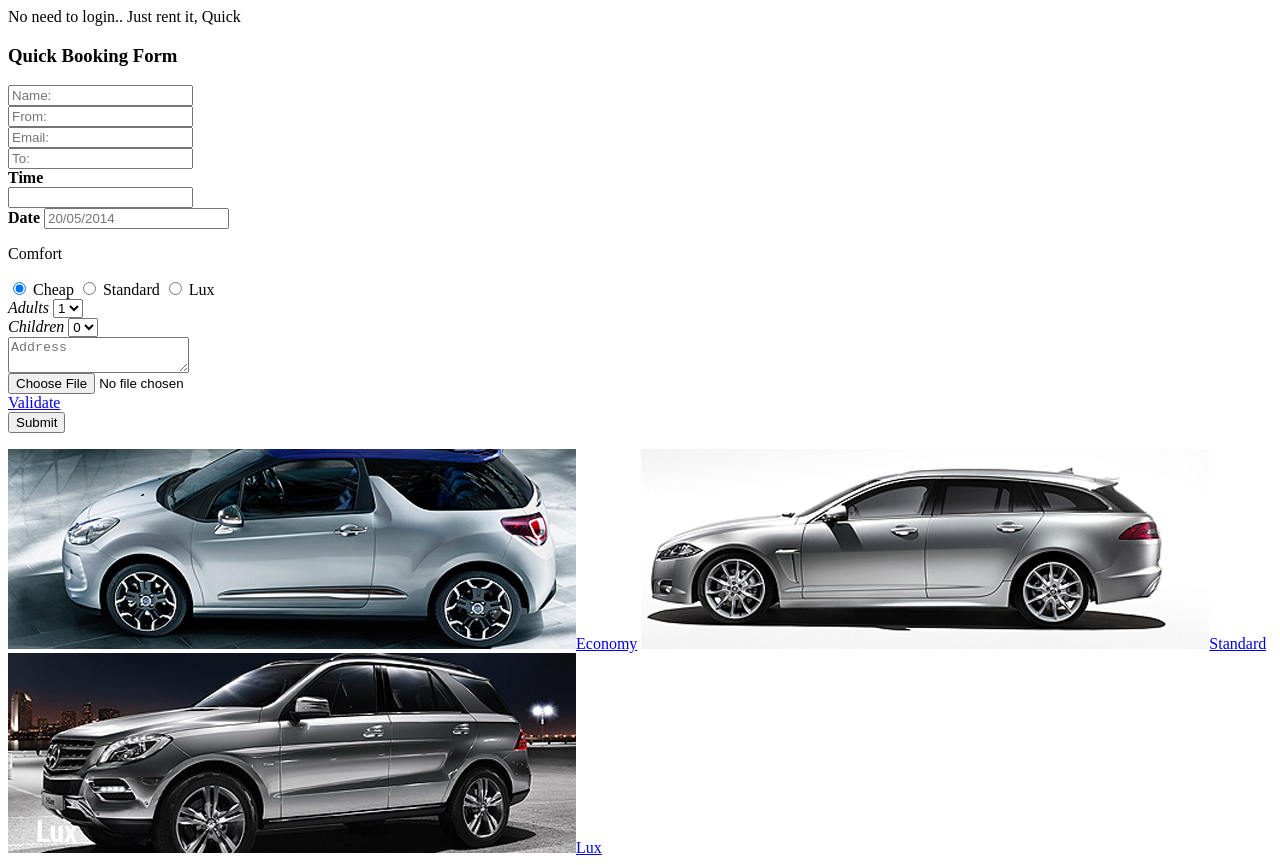
Repository: ramasubbaiya/PHP_Term_1_Course_Work
Page: http://localhost/Project/navigation/quickbook.php
These files come from the project's save history. The page is drawn as it stood at one moment and after the next save; the edit follows.
The browser window is 1280 px wide. The pictures show the whole page.
The page is run by PHP 8.4 with error messages shown; the project is at /var/www/html/.

Above is the page before, as saved 2015-04-18 00:52:10.

### ZendStudio/Lambton/Project/navigation/quickbook.php
<?php
if (isset($_SESSION['user'])) {
    echo '<p class="fcaps" id="psubheading">' . $_SESSION['user'] . '!, have logged in</p></p>';
} else {
    echo "<p id='psubheading'>No need to login.. Just rent it, Quick</p>";
}
?>

<div class="content">
	<div class="ic"></div>
	<div class="container_12">
		<div class="grid_5">
			<h3>Quick Booking Form</h3>
			<form id="bookingForm" action="" method="post">
				<div class="fl1">
					<div class="tmInput">
						<input name="qname" placeHolder="Name:" type="text"
							data-constraints='@NotEmpty @Required @AlphaSpecial'>
					</div>
					<div class="tmInput">
						<input name="qfrom" placeHolder="From:" type="text"
							data-constraints="@NotEmpty @Required ">
					</div>
				</div>
				<div class="fl1">
					<div class="tmInput">
						<input name="qemail" placeHolder="Email:" type="text"
							data-constraints="@NotEmpty @Required @Email">
					</div>
					<div class="tmInput mr0">
						<input name="qto" placeHolder="To:" type="text"
							data-constraints="@NotEmpty @Required">
					</div>
				</div>
				<div class="clear"></div>
				<strong>Time</strong>
				<div class="tmInput">
					<input name="Time" placeHolder="" type="text"
						data-constraints="@NotEmpty @Required">
				</div>
				<div class="clear"></div>
				<strong>Date</strong> <label class="tmDatepicker"> <input
					type="text" name="Date" placeHolder='20/05/2014'
					data-constraints="@NotEmpty @Required @Date">
				</label>
				<div class="clear"></div>
				<div class="tmRadio">
					<p>Comfort</p>
					<input name="Comfort" type="radio" id="tmRadio0" value="cheap"
						checked /> <span>Cheap</span> <input name="Comfort" type="radio"
						id="tmRadio1" value="standard" /> <span>Standard</span> <input
						name="Comfort" type="radio" id="tmRadio2" value="lux" /> <span>Lux</span>
				</div>
				<div class="clear"></div>
				<div class="fl1 fl2">
					<em>Adults</em> <select name="qadults" class="tmSelect auto"
						data-class="tmSelect tmSelect2" data-constraints="" value="1">
						<option>1</option>
						<option>1</option>
						<option>2</option>
						<option>3</option>
					</select>
					<div class="clear height1"></div>
				</div>
				<div class="fl1 fl2">
					<em>Children</em> <select name="qchildren" class="tmSelect auto"
						data-class="tmSelect tmSelect2" data-constraints="" value="0">
						<option>0</option>
						<option>0</option>
						<option>1</option>
						<option>2</option>
					</select>
				</div>
				<div class="clear"></div>
				<div class="tmTextarea">
					<textarea name="qaddress" placeHolder="Address"
						data-constraints='@NotEmpty @Required'></textarea>
				</div>



				<div class="clear"></div>
				<div class="tmTextarea">
					<input type="file" name="file" data-constraints="@NotEmpty">

				</div>






				<a href="#" class="btn" data-type="submit">Validate</a> <br> <input
					type="submit" name="qsubmit" value="Submit">

			</form>
		</div>
		<div class="grid_6 prefix_1">
			<a href="index.php?page=listofcars" class="type"><img
				src="images/page1_img1.jpg" alt=""><span class="type_caption">Economy</span></a>
			<a href="index.php?page=listofcars" class="type"><img
				src="images/page1_img2.jpg" alt=""><span class="type_caption">Standard</span></a>
			<a href="index.php?page=listofcars" class="type"><img
				src="images/page1_img3.jpg" alt=""><span class="type_caption">Lux</span></a>
		</div>
		<div class="clear"></div>
	</div>
</div>

<?php
if (isset($_POST['qsubmit'])) {
    $qname = mysqli_escape_string($conn, $_POST['qname']);
    $qfrom = mysqli_escape_string($conn, $_POST['qfrom']);
    $qemail = mysqli_escape_string($conn, $_POST['qemail']);

    $qto = mysqli_escape_string($conn, $_POST['qto']);
    $qadd = mysqli_escape_string($conn, $_POST['qaddress']);

    if (strlen($qname) < 1 || strlen($qfrom) < 1 || strlen($qemail) < 1 || strlen($qto) < 1 || strlen($qadd) < 1 ) {

        // echo"hi";
        echo "<p style='color:red'><strong>ERROR!!! </strong>Please fill All the fields</p></br></br>";
    } else if(!isset($_FILES['file'])){
        echo "<p style='color:red'><strong>ERROR!!! </strong>Please submit valid proof</p></br></br>";
    }

            if (isset($_FILES['file'])) {
                $file = $_FILES['file'];
                // print_r($file);
                $file_name = $file['name'];
                $file_type = $file['type'];
                $file_size = $file['size'];
                $file_location = $file['tmp_name'];
                $file_error = $file['error'];
                // echo $file_name.$file_type." with ".$file_size." size have been uploaded in ".$file_location;

                $file_extension = explode('.', $file_name);
                // print_r($file_extension);
                $file_extension = end($file_extension);
                $not_allowed = array(
                    'php',
                    'html',
                    'css'
                );

                if (! (in_array($file_extension, $not_allowed))) {
                    if ($file_error === 0) {
                        $file_destination = 'uploadedfiles/' . $file_name;
                        if (move_uploaded_file($file_location, $file_destination)) {
                            echo '<div class="error">Your file have been uploaded in the following location ' . $file_destination . '</div>';
                        }
                    }
                } else
                    echo '<div class="error">These type of files are not allowed to upload</div>';
            }
            echo '</body>';
        }else{

        }

?>

After the next save:
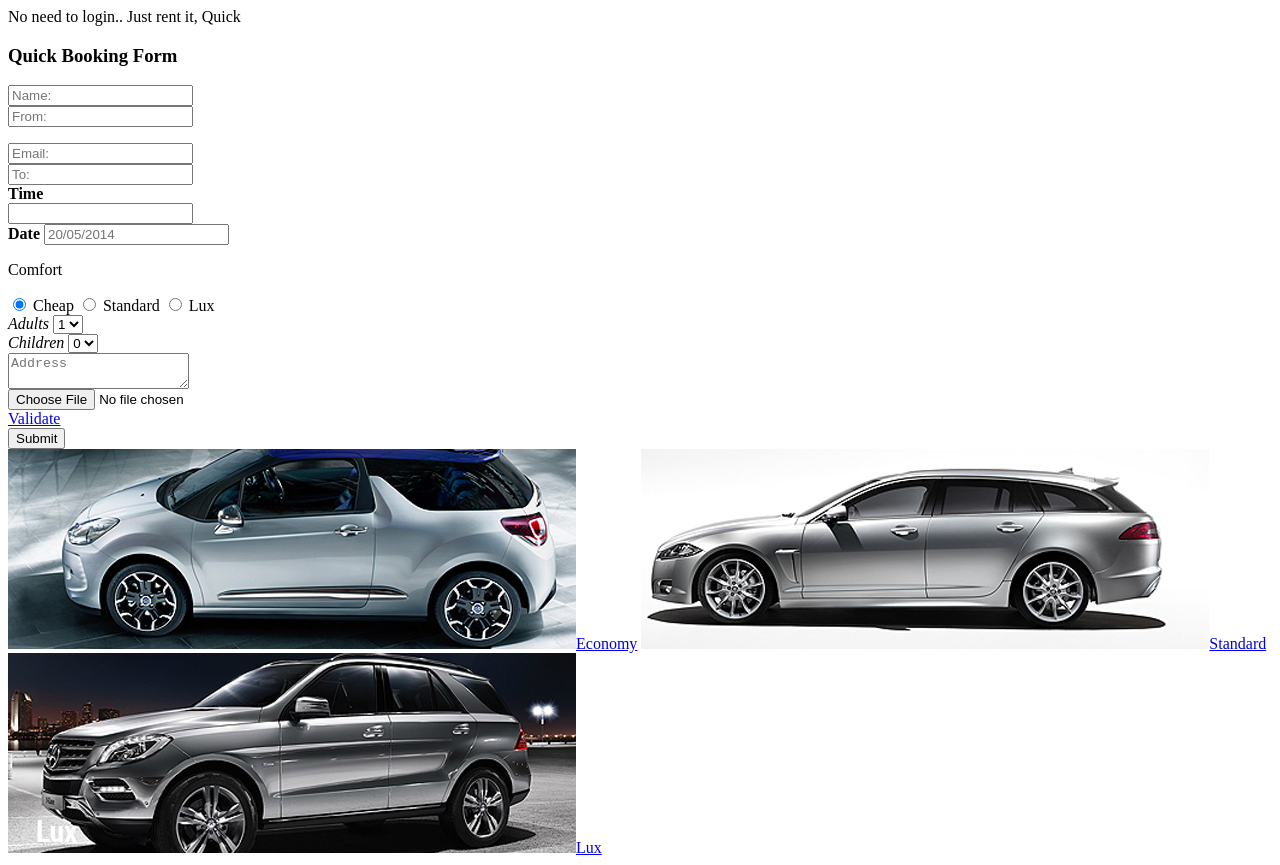
Saved 2 min 36 s later.
--- a/ZendStudio/Lambton/Project/navigation/quickbook.php
+++ b/ZendStudio/Lambton/Project/navigation/quickbook.php
@@ -11,7 +11,7 @@
 	<div class="container_12">
 		<div class="grid_5">
 			<h3>Quick Booking Form</h3>
-			<form id="bookingForm" action="" method="post">
+			<form id="bookingForm" action="" method="post" enctype="multipart/form-data>
 				<div class="fl1">
 					<div class="tmInput">
 						<input name="qname" placeHolder="Name:" type="text"

After the save that followed:
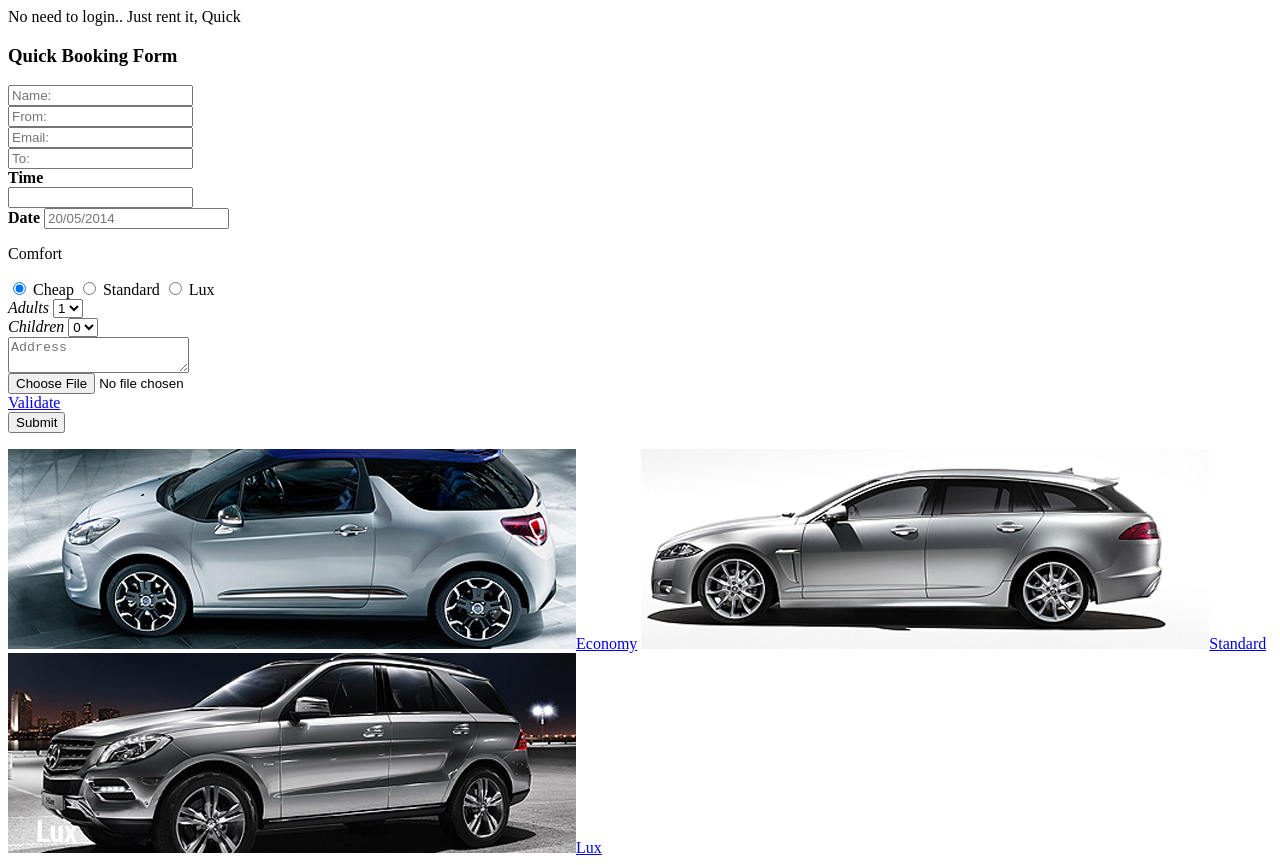
Saved 5 s later.
--- a/ZendStudio/Lambton/Project/navigation/quickbook.php
+++ b/ZendStudio/Lambton/Project/navigation/quickbook.php
@@ -11,7 +11,7 @@
 	<div class="container_12">
 		<div class="grid_5">
 			<h3>Quick Booking Form</h3>
-			<form id="bookingForm" action="" method="post" enctype="multipart/form-data>
+			<form id="bookingForm" action="" method="post" enctype="multipart/form-data">
 				<div class="fl1">
 					<div class="tmInput">
 						<input name="qname" placeHolder="Name:" type="text"
